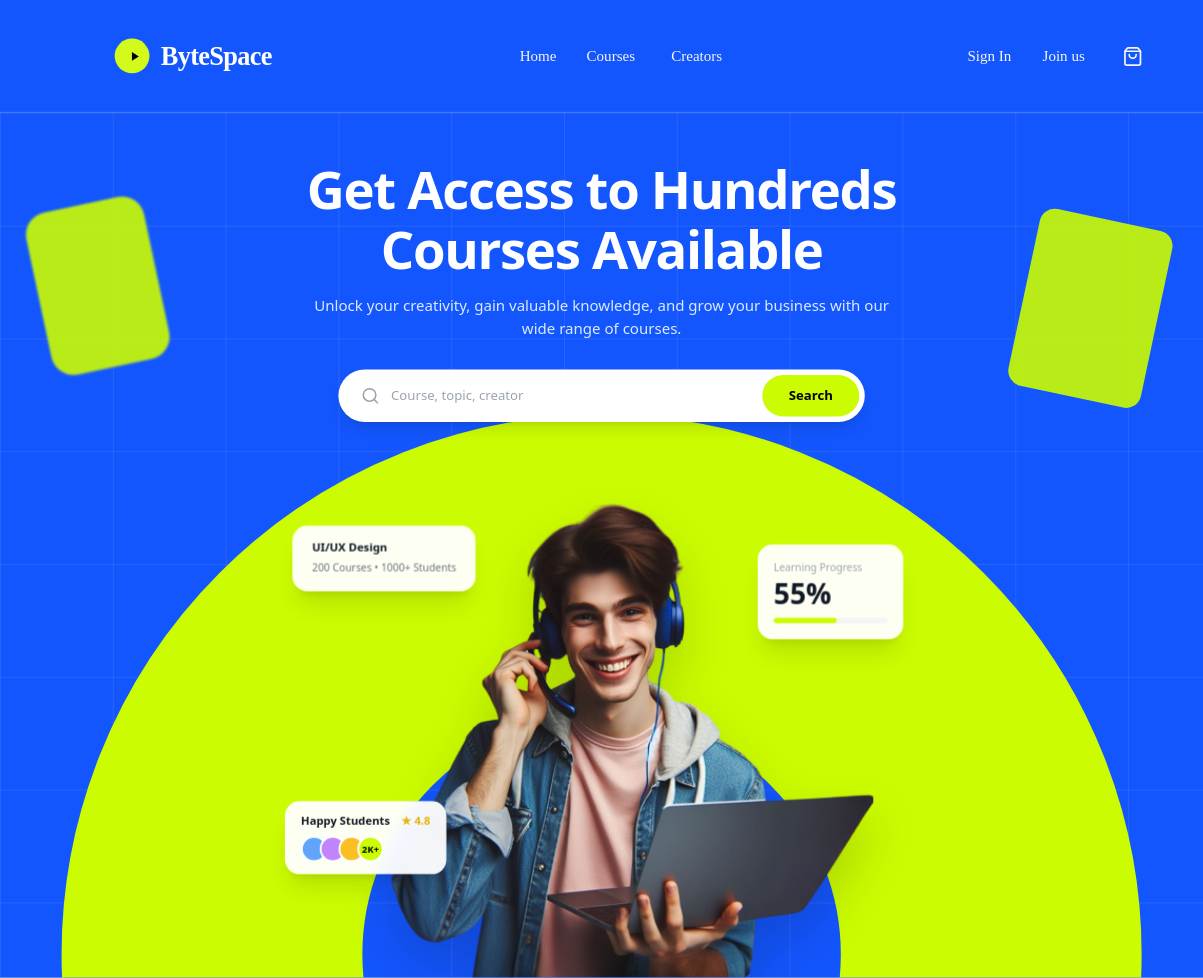
Repository: mdkawsarjomadder/bytespace
Page: /
These files come from the project's save history. The page is drawn as it stood at one moment and after the next save; the edit follows.
The browser window is 1280 px wide. The pictures show the whole page, at 94% of full size.
Some web fonts or font styles are not loaded; a fallback is used. The project was rebuilt for these pictures with package versions that can differ from the ones it lists, and the page was loaded fresh each time. Also part of the build but not shown: vite.config.js.

Above is the page before, as saved 2026-09-29 18:07:58.

### index.html
<!doctype html>
<html lang="en">
  <head>
    <meta charset="UTF-8" />
    <link rel="icon" type="image/svg+xml" href="/favicon.svg" />
    <meta name="viewport" content="width=device-width, initial-scale=1.0" />
    <title>bytespace</title>
  </head>
  <body>
    <div id="root"></div>
    <script type="module" src="/src/main.jsx"></script>
    <link href="https://api.fontshare.com/v2/css?f[]=satoshi@400,500,700&display=swap" rel="stylesheet">
  </body>
</html>

### src/App.jsx
import React from 'react';
import Navbar from './components/Navbar';
import Hero from './components/Hero';

function App() {
  return (
    <div className="min-h-screen bg-gray-50 font-sans">
      <Navbar />
      <Hero />
    </div>
  );
}

export default App;

### src/components/Navbar.jsx
import React from 'react';
import { ShoppingBag } from 'lucide-react';

const Navbar = () => {
  return (
    <header className="w-full h-[120px] bg-[#1456fd] border-b border-blue-400/20 pl-[122px] pr-16 flex items-center justify-between relative z-50">
      {/* 1. Brand Logo (Figma Specs: 171px x 37px) */}
      <div
        className="w-[171px] h-[37px] flex items-center gap-3 cursor-pointer select-none"
        style={{ opacity: 1 }}
      >
        {/* Play Icon Logo */}
        <div className="w-[37px] h-[37px] rounded-full bg-[#d2fb1b] flex items-center justify-center shrink-0">
          <svg
            className="w-4 h-4 text-black fill-current translate-x-0.5"
            viewBox="0 0 24 24"
          >
            <path d="M8 5v14l11-7z" />
          </svg>
        </div>
        {/* Logo Text */}
        <span className="text-[28px] font-bold tracking-tight text-white leading-none font-['Satoshi']">
          ByteSpace
        </span>
      </div>

      {/* 2. Navigation Links */}
      <nav className="hidden md:flex items-center gap-8 font-['Satoshi']">
        <a
          href="#home"
          className="text-[#F5F5F6] text-[16px] leading-[160%] font-normal hover:text-[#d2fb1b] transition-colors"
        >
          Home
        </a>
        <a
          href="#courses"
          className="w-[58px] h-[26px] flex items-center text-[#F5F5F6] text-[16px] leading-[160%] font-normal hover:text-[#d2fb1b] transition-colors"
          style={{ opacity: 1 }}
        >
          Courses
        </a>
        <a
          href="#creators"
          className="text-[#F5F5F6] text-[16px] leading-[160%] font-normal hover:text-[#d2fb1b] transition-colors"
        >
          Creators
        </a>
      </nav>

      {/* 3. Action Buttons & Cart */}
      <div className="flex items-center gap-6 font-['Satoshi']">
        <button
          className="w-[49px] h-[24px] flex items-center justify-center text-[#F5F5F6] text-[16px] leading-[24px] font-normal hover:text-white/80 transition-colors"
          style={{ opacity: 1 }}
        >
          Sign In
        </button>
        <button
          className="h-[24px] px-2 flex items-center justify-center text-[#F5F5F6] text-[16px] leading-[24px] font-normal hover:text-white/80 transition-colors"
          style={{ opacity: 1 }}
        >
          Join us
        </button>
        <button className="text-[#F5F5F6] hover:text-[#d2fb1b] transition-colors flex items-center justify-center ml-2">
          <ShoppingBag size={22} strokeWidth={2} />
        </button>
      </div>
    </header>
  );
};

export default Navbar;

### src/components/Hero.jsx
import React from 'react';
import { Search } from 'lucide-react';
import One1 from '../assets/01.png';

const Hero = () => {
  return (
    <section className="relative w-full bg-[#1456fd] overflow-hidden pt-12 pb-0 text-white flex flex-col items-center justify-between min-h-[920px]">
      {/* 1. Background Grid Pattern */}
      <div className="absolute inset-0 bg-[linear-gradient(to_right,#ffffff15_1px,transparent_1px),linear-gradient(to_bottom,#ffffff15_1px,transparent_1px)] bg-[size:120px_120px] pointer-events-none" />

      {/* 2. Ellipse 7 Background Ring (Figma Exact Position) */}
      <div
        className="absolute rounded-full pointer-events-none z-0"
        style={{
          width: '1149px',
          height: '1149px',
          bottom: '-550px',
          left: '50%',
          transform: 'translateX(-50%)',
          border: '320px solid #CBFC01',
          boxSizing: 'border-box',
        }}
      />

      {/* 3. Decorative 3D Elements */}
      <div className="absolute left-10 top-24 w-32 h-44 bg-[#CBFC01] rounded-3xl opacity-90 blur-[1px] transform -rotate-12 pointer-events-none hidden lg:block" />
      <div className="absolute right-12 top-28 w-36 h-48 bg-[#CBFC01] rounded-2xl opacity-90 transform rotate-12 pointer-events-none hidden lg:block" />

      {/* 4. Top Area: Title + Subtitle + Search Bar */}
      <div className="relative z-10 w-full max-w-[1200px] mx-auto px-4 flex flex-col items-center text-center">
        <h1 className="text-4xl md:text-[56px] font-bold tracking-tight text-white leading-[1.15] max-w-[900px]">
          Get Access to Hundreds <br /> Courses Available
        </h1>

        <p className="mt-4 text-sm md:text-base text-blue-100 max-w-[650px] font-normal leading-relaxed">
          Unlock your creativity, gain valuable knowledge, and grow your business with our wide range of courses.
        </p>

        {/* Search Bar */}
        <div className="mt-8 w-full max-w-[560px] bg-white rounded-full p-1.5 pl-6 flex items-center shadow-lg justify-between gap-3">
          <div className="flex items-center gap-3 w-full">
            <Search className="w-5 h-5 text-gray-400 shrink-0" />
            <input
              type="text"
              placeholder="Course, topic, creator"
              className="w-full bg-transparent text-gray-800 placeholder-gray-400 focus:outline-none text-sm font-medium"
            />
          </div>
          <button className="bg-[#CBFC01] hover:bg-[#b5e200] text-black font-semibold text-sm px-7 py-3 rounded-full transition-all duration-200 shrink-0 cursor-pointer">
            Search
          </button>
        </div>
      </div>

      {/* 5. Hero Visual Area (Image sitting flat at section bottom) */}
      <div className="relative w-full max-w-[578px] h-[541px] flex justify-center items-end z-10 mt-auto">

        {/* Main Student Image */}
        <img
          src={One1}
          alt="Student Learning"
          className="w-[578px] h-[541px] object-contain block select-none pointer-events-none drop-shadow-2xl"
        />

        {/* Floating Card: UI/UX Design (Top Left) */}
        <div className="absolute -left-10 top-[60px] z-20 bg-white/95 backdrop-blur text-black p-3.5 px-5 rounded-2xl shadow-xl border border-white/20">
          <span className="text-xs font-bold text-gray-900 block">UI/UX Design</span>
          <span className="text-[11px] text-gray-500 font-medium">200 Courses • 1000+ Students</span>
        </div>

        {/* Floating Card: Learning Progress (Top Right) */}
        <div className="absolute -right-8 top-[80px] z-20 bg-white/95 backdrop-blur text-black p-4 rounded-2xl shadow-xl border border-white/20 min-w-[155px]">
          <span className="text-[11px] font-medium text-gray-400 block mb-1">Learning Progress</span>
          <span className="text-3xl font-extrabold text-gray-900 block leading-none">55%</span>
          <div className="w-full bg-gray-100 h-1.5 rounded-full mt-2.5 overflow-hidden">
            <div className="bg-[#CBFC01] h-full w-[55%] rounded-full" />
          </div>
        </div>

        {/* Floating Card: Happy Students (Bottom Left) */}
        <div className="absolute -left-12 bottom-[110px] z-20 bg-white/95 backdrop-blur text-black p-3 px-4 rounded-2xl shadow-xl border border-white/20">
          <div className="flex items-center justify-between gap-3 mb-2">
            <span className="text-xs font-bold text-gray-900">Happy Students</span>
            <span className="text-xs font-semibold text-yellow-500">★ 4.8</span>
          </div>
          <div className="flex items-center -space-x-2">
            <div className="w-7 h-7 rounded-full bg-blue-400 border-2 border-white"></div>
            <div className="w-7 h-7 rounded-full bg-purple-400 border-2 border-white"></div>
            <div className="w-7 h-7 rounded-full bg-amber-400 border-2 border-white"></div>
            <div className="w-7 h-7 rounded-full bg-[#CBFC01] border-2 border-white flex items-center justify-center text-[10px] font-bold text-black">
              2K+
            </div>
          </div>
        </div>

      </div>
    </section>
  );
};

export default Hero;

Loaded but not shown: src/main.jsx (common file); src/index.css (common file); tailwind.config.js (common file)

After the next save:
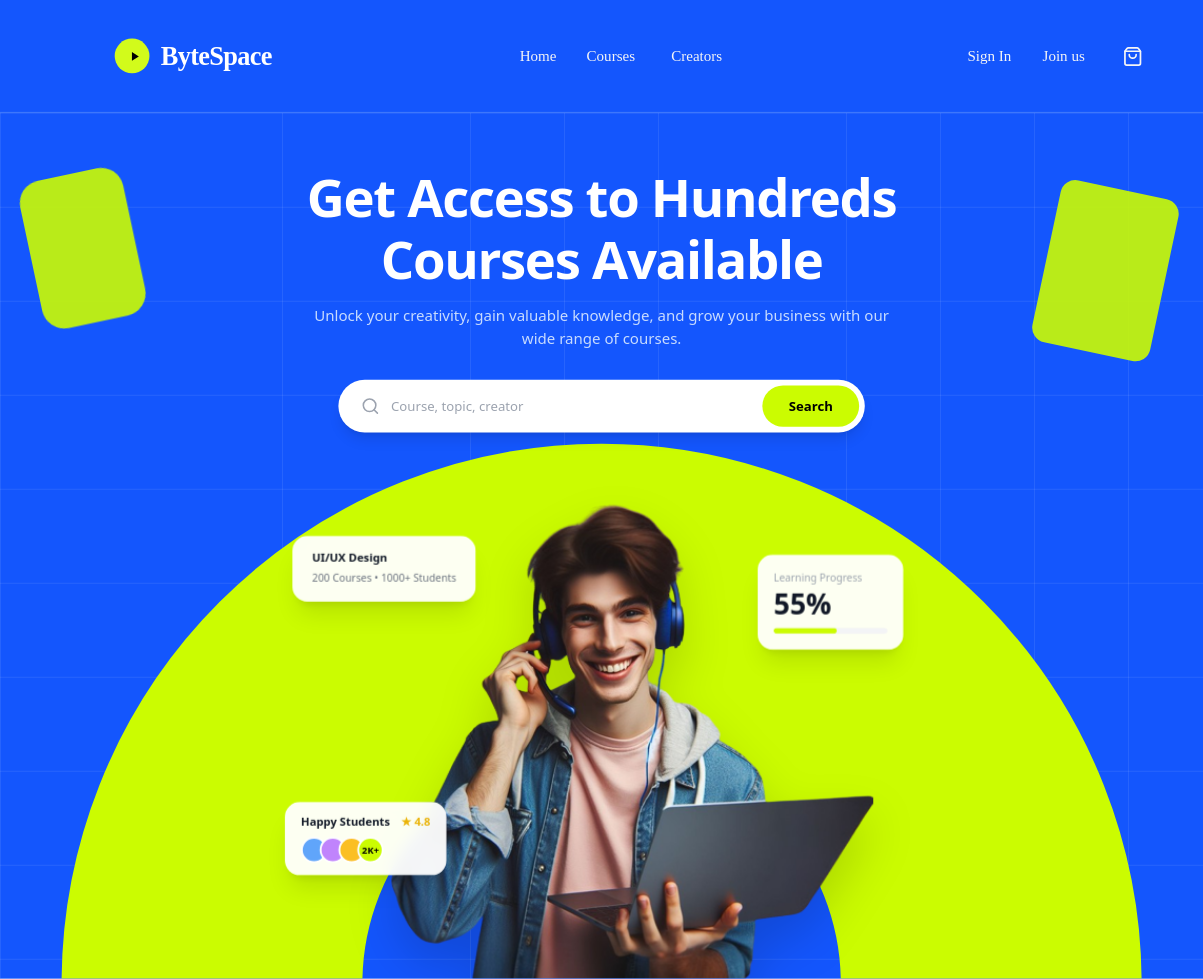
Saved 104 s later.
--- a/src/components/Hero.jsx
+++ b/src/components/Hero.jsx
@@ -4,17 +4,17 @@ import One1 from '../assets/01.png';
 
 const Hero = () => {
   return (
-    <section className="relative w-full bg-[#1456fd] overflow-hidden pt-12 pb-0 text-white flex flex-col items-center justify-between min-h-[920px]">
+    <section className="relative w-full bg-[#1456fd] overflow-hidden pt-14 pb-0 text-white flex flex-col items-center">
       {/* 1. Background Grid Pattern */}
-      <div className="absolute inset-0 bg-[linear-gradient(to_right,#ffffff15_1px,transparent_1px),linear-gradient(to_bottom,#ffffff15_1px,transparent_1px)] bg-[size:120px_120px] pointer-events-none" />
+      <div className="absolute inset-0 bg-[linear-gradient(to_right,#ffffff15_1px,transparent_1px),linear-gradient(to_bottom,#ffffff15_1px,transparent_1px)] bg-[size:100px_100px] pointer-events-none" />
 
-      {/* 2. Ellipse 7 Background Ring (Figma Exact Position) */}
+      {/* 2. Ellipse 7 Background Ring (Exact Figma Specs: 1149px x 1149px, Border 320px) */}
       <div
         className="absolute rounded-full pointer-events-none z-0"
         style={{
           width: '1149px',
           height: '1149px',
-          bottom: '-550px',
+          bottom: '-580px',
           left: '50%',
           transform: 'translateX(-50%)',
           border: '320px solid #CBFC01',
@@ -23,16 +23,19 @@ const Hero = () => {
       />
 
       {/* 3. Decorative 3D Elements */}
-      <div className="absolute left-10 top-24 w-32 h-44 bg-[#CBFC01] rounded-3xl opacity-90 blur-[1px] transform -rotate-12 pointer-events-none hidden lg:block" />
-      <div className="absolute right-12 top-28 w-36 h-48 bg-[#CBFC01] rounded-2xl opacity-90 transform rotate-12 pointer-events-none hidden lg:block" />
+      <div className="absolute left-8 top-16 w-28 h-40 bg-[#CBFC01] rounded-3xl opacity-90 blur-[0.5px] transform -rotate-12 pointer-events-none hidden lg:block" />
+      <div className="absolute right-10 top-20 w-32 h-44 bg-[#CBFC01] rounded-2xl opacity-90 transform rotate-12 pointer-events-none hidden lg:block" />
 
-      {/* 4. Top Area: Title + Subtitle + Search Bar */}
+      {/* 4. Top Text & Search Bar (Exact Spacing & Hierarchy) */}
       <div className="relative z-10 w-full max-w-[1200px] mx-auto px-4 flex flex-col items-center text-center">
-        <h1 className="text-4xl md:text-[56px] font-bold tracking-tight text-white leading-[1.15] max-w-[900px]">
+
+        {/* Main Headline */}
+        <h1 className="text-4xl md:text-[56px] font-bold tracking-tight text-white leading-[1.18] max-w-[900px]">
           Get Access to Hundreds <br /> Courses Available
         </h1>
 
-        <p className="mt-4 text-sm md:text-base text-blue-100 max-w-[650px] font-normal leading-relaxed">
+        {/* Subtitle */}
+        <p className="mt-4 text-sm md:text-base text-blue-100/90 max-w-[650px] font-normal leading-relaxed">
           Unlock your creativity, gain valuable knowledge, and grow your business with our wide range of courses.
         </p>
 
@@ -53,23 +56,23 @@ const Hero = () => {
       </div>
 
       {/* 5. Hero Visual Area (Image sitting flat at section bottom) */}
-      <div className="relative w-full max-w-[578px] h-[541px] flex justify-center items-end z-10 mt-auto">
+      <div className="relative w-full max-w-[578px] h-[541px] flex justify-center items-end z-10 mt-10">
 
         {/* Main Student Image */}
         <img
           src={One1}
           alt="Student Learning"
-          className="w-[578px] h-[541px] object-contain block select-none pointer-events-none drop-shadow-2xl"
+          className="w-[578px] h-[541px] object-contain block align-bottom pointer-events-none drop-shadow-2xl"
         />
 
         {/* Floating Card: UI/UX Design (Top Left) */}
-        <div className="absolute -left-10 top-[60px] z-20 bg-white/95 backdrop-blur text-black p-3.5 px-5 rounded-2xl shadow-xl border border-white/20">
+        <div className="absolute -left-10 top-[70px] z-20 bg-white/95 backdrop-blur text-black p-3.5 px-5 rounded-2xl shadow-xl border border-white/20">
           <span className="text-xs font-bold text-gray-900 block">UI/UX Design</span>
           <span className="text-[11px] text-gray-500 font-medium">200 Courses • 1000+ Students</span>
         </div>
 
         {/* Floating Card: Learning Progress (Top Right) */}
-        <div className="absolute -right-8 top-[80px] z-20 bg-white/95 backdrop-blur text-black p-4 rounded-2xl shadow-xl border border-white/20 min-w-[155px]">
+        <div className="absolute -right-8 top-[90px] z-20 bg-white/95 backdrop-blur text-black p-4 rounded-2xl shadow-xl border border-white/20 min-w-[155px]">
           <span className="text-[11px] font-medium text-gray-400 block mb-1">Learning Progress</span>
           <span className="text-3xl font-extrabold text-gray-900 block leading-none">55%</span>
           <div className="w-full bg-gray-100 h-1.5 rounded-full mt-2.5 overflow-hidden">
